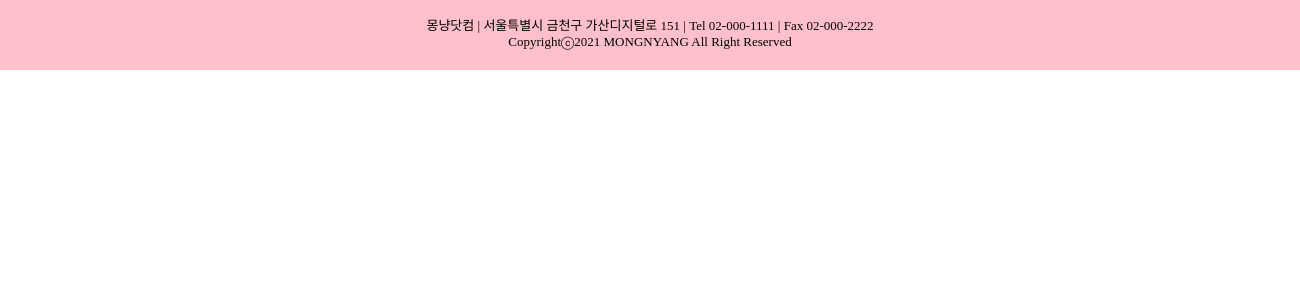
Repository: yl9517/2021.08.10_MONGNYANG_JSP
Page: http://localhost/mongNyang/footer.jsp
An editor plug-in stored every save of this project. The page is shown before and after the next save, followed by the edit.
The browser window is 1280 px wide. The page is 1300 px wide, so the pictures cover 1300 px, including what lies to the right of the window. The pictures show the whole page.
The page is served by Tomcat 9. Other server files are loaded and not shown.

Above is the page before, as saved 2021-08-13 12:38:28.

### mongNyang/WebContent/footer.jsp
<%@ page language="java" contentType="text/html; charset=UTF-8"
    pageEncoding="UTF-8"%>
<!DOCTYPE html>
<html>
<head>
<meta charset="UTF-8">
<title>Insert title here</title>
<link rel="stylesheet" href="../css/footer.css">
</head>
<body>
	<footer>
		<div id="foot">
			<div id="shopInfo">
				<p>몽냥닷컴  | 서울특별시 금천구 가산디지털로 151  |  Tel 02-000-1111  |  Fax 02-000-2222<br>
					Copyrightⓒ2021 MONGNYANG   All Right Reserved</p>
			</div>
		</div>
	</footer>
</body>
</html>

### mongNyang/WebContent/css/footer.css
*{
	margin:0;
	padding:0;
	box-sizing: border-box;
}

/* 푸터 감싼 부분 */
footer{
	width: 100%;
	background-color: blue;
}

/* 푸터 */
#foot{
	background-color: pink;
	width: 1300px;
	height : 70px;
	margin: 0 auto;
	text-align :center;
	padding: 15px;
}
#foot #shopInfo p{
	font-size: 13px;
}

After the next save:
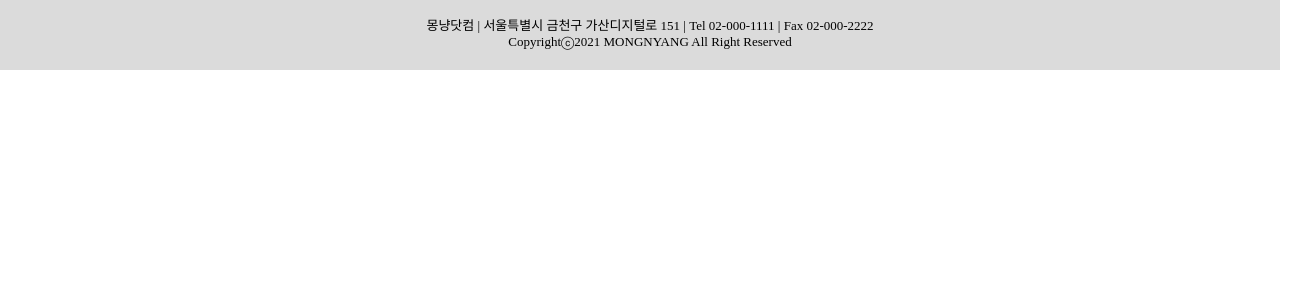
Saved 58 s later.
--- a/mongNyang/WebContent/css/footer.css
+++ b/mongNyang/WebContent/css/footer.css
@@ -7,12 +7,11 @@
 /* 푸터 감싼 부분 */
 footer{
 	width: 100%;
-	background-color: blue;
+	background-color: #DBDBDB;
 }
 
 /* 푸터 */
 #foot{
-	background-color: pink;
 	width: 1300px;
 	height : 70px;
 	margin: 0 auto;
